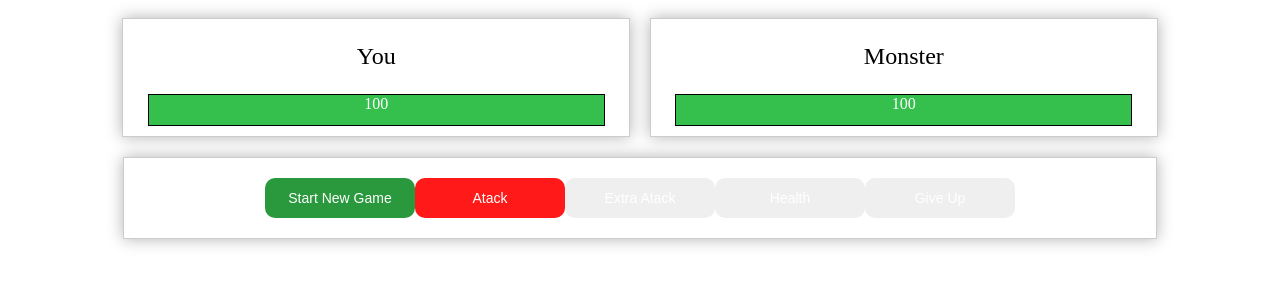
Repository: jakublack/game-fight-vue
Page: /
These files come from the project's save history. The page is drawn as it stood at one moment and after the next save; the edit follows.
The browser window is 1280 px wide. The pictures show the whole page.
The project was rebuilt for these pictures with package versions that can differ from the ones it lists, and the page was loaded fresh each time.

Above is the page before, as saved 2018-08-08 20:59:09.

### public/index.html
<!DOCTYPE html>
<html lang="en">
  <head>
    <meta charset="utf-8">
    <meta http-equiv="X-UA-Compatible" content="IE=edge">
    <meta name="viewport" content="width=device-width,initial-scale=1.0">
    <link rel="icon" href="<%= BASE_URL %>favicon.ico">
    <title>game-app</title>
  </head>
  <body>
    <noscript>
      <strong>We're sorry but game-app doesn't work properly without JavaScript enabled. Please enable it to continue.</strong>
    </noscript>
    <div id="app"></div>
    <!-- built files will be auto injected -->
  </body>
</html>

### src/components/Game.vue
<template>
  <div class="wrapper--app">
    <div class="wrapper--person">
      <div class="person--player">
        <p>You</p>
        <div class="person--health player--health">{{healthYou}}</div>
      </div>
      <div class="person--player">
        <p>Monster</p>
        <div class="person--health monster--health">{{healthMonster}}</div>
      </div>
    </div>
    <div class="wrapper-action">
      <button class="btn btn-new-game">Start New Game</button>
      <template>
        <button class="btn btn-atack">Atack</button>
        <button class="btn btn-extra-atack">Extra Atack</button>
        <button class="btn btn-health">Health</button>
        <button class="btn btn-give-up">Give Up</button>

      </template>
    </div>


  </div>

</template>

<script>
export default {
  name: 'Game',
  data:  function() {
    return {
      healthYou : 100,
      healthMonster : 100,
      startGame : false,
    }
  }

}
</script>

<!-- Add "scoped" attribute to limit CSS to this component only -->
<style scss scoped>

.wrapper--person {
  text-align: center;
}

.person--player {
  width: 40%;
  display: inline-block;
  margin: 10px;
  text-align: center;
  border: 1px solid #ccc;
  box-shadow: 0px 0px 15px 0px rgba(0,0,0,0.3);
}

.person--player p {
  font-size: 24px;
}

.person--health {
  width: 90%;
  height: 30px;
  margin: 10px auto;
  background-color: #35BF4D;
  border: 1px solid #000;
  color: #fff;
}
.wrapper-action {
  width: calc(80% + 20px);
  height: auto;
  min-height: 80px;
  margin: 10px auto;
  border: 1px solid #ccc;
  box-shadow: 0px 0px 15px 0px rgba(0,0,0,0.3);
  display: flex;
  justify-content: center;
  align-items: center;
}
.btn {
  width: 150px;
  height: 40px;
  border: none;
  cursor: pointer;
  font-size: 14px;
  outline: none;
  color: #fff;
  border-radius: 10px;
}
.btn-new-game {
  background-color: #2A983D;
}
.btn-atack {
  background-color:#FF1919;
}
.btn-extra-atack {

}




</style>

Loaded but not shown: src/main.js (common file); src/App.vue (common file)

After the next save:
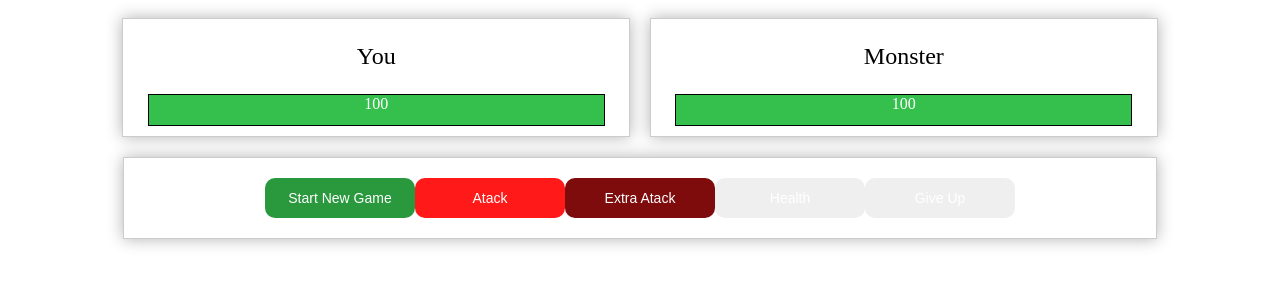
Saved 7 s later.
--- a/src/components/Game.vue
+++ b/src/components/Game.vue
@@ -96,7 +96,7 @@ export default {
   background-color:#FF1919;
 }
 .btn-extra-atack {
-
+background-color: #7f0c0c;
 }
 
 
